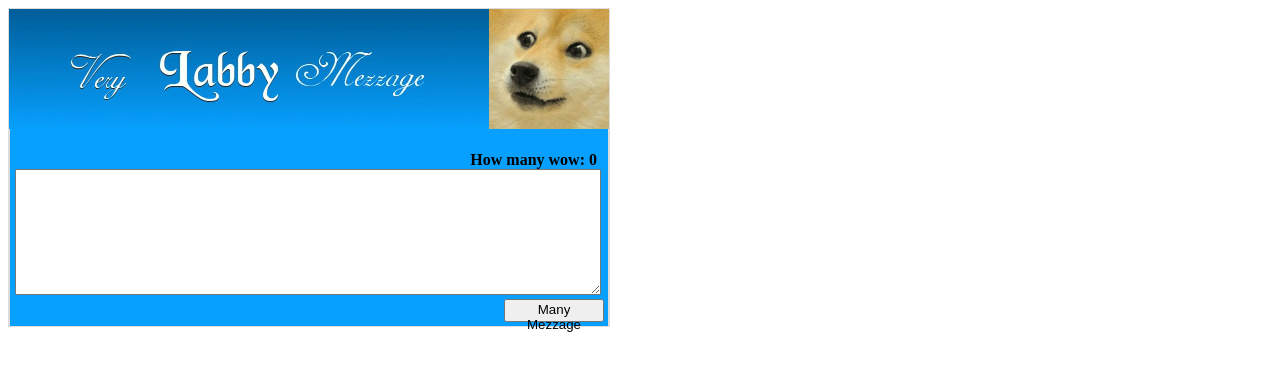
Repository: cg222im/1dv403-laborationer
Page: 2-labbymezzage/index.html
The author's editor kept a record of every edit. The page is drawn from the files as they stood at one moment, then again after the next edit.
The browser window is 1280 px wide. The pictures show the whole page.

Above is the page before.

### 2-labbymezzage/index.html
<!DOCTYPE html>
<html lang="sv">
<head>
	<meta charset="UTF-8" />
 	<title>1DV403 l02 - Labby Mezzage</title>
 	<link rel = "stylesheet" type = "text/css" href = "style.css" />
</head>

<body>
    <div id="main">
        <div id="logo">

        </div>
    </div>

    <script type="text/javascript" src="message.js"></script>
	<script type="text/javascript" src="messageboard.js"></script>

</body>
</html>

### 2-labbymezzage/style.css
#main
{
    width: 600px;
    padding: 1px;
    height: auto;
    background-color: #DCDCDC;
}

#logo
{
    display: block;
    width: 600px;
    height: 120px;
    background-image: url("img/logo.jpg");
    background-repeat: no-repeat;
    margin-left: auto;
    margin-right: auto;
}

.messageBoard
{
    margin-left: auto;
    margin-right: auto;
    padding-left: 5px;
    padding-right: 11px;
    padding-bottom: 27px;
    width: 582px;
    height: auto;
    background-color: #08a0ff;
}

.messageContainer
{
    padding-top: 2px;
    padding-left: 5px;
}

.numberOfMessages
{
    float: right;
    padding-top: 20px;
    font-weight:bold;
}

.textAreaInput
{
    width: 580px;
    height: 120px;
    overflow: auto;
}

.messageButton
{
    float: right;
    margin-right: -7px;
    width: 100px;
    height: 23px;
}

.dateText
{
    font-size: 10px;
    font-weight: bold;
    font-style: italic;
}

.message
{
    background-color: white;
    border-style: double;
    border-width: 2px;
    border-color: blue;
    margin-top: 5px;
}

.close
{
    width: 16px;
    height: 16px;
    float: right;
    position: relative;
    top: -17px;
    right: 1px;
    background-image: url(img/remove.png);
    background-repeat: no-repeat;
}

.dateAlert
{
    width: 16px;
    height: 16px;
    float: right;
    position: relative;
    top: -17px;
    right: 4px;
    background-image: url(img/hourglass.png);
    background-repeat: no-repeat;
}

### 2-labbymezzage/message.js

var Message = function() {};
window.Message = function(message, date)
{
    this.getText = function(){
        return message;
    };

    this.setText = function(_text){
        message = _text;
    };

    this.getDate = function(){
        return date;
    };

    this.setDate = function(_date){
        date = _date;
    };
};

// Lägga till formatering för datum!
Message.prototype.toString = function(){
    return this.getText() +" ("+this.getDate()+")";
};

Message.prototype.getHTMLText = function(){
    return this.getText().replace(/[\n\r]/g, "<br />");
};

Message.prototype.getDateText = function(){
    return this.getDate().toLocaleTimeString();
};

Message.prototype.getFormatedDateText = function(){
    var date = this.getDate();

    var formatedDate = date.getDate() + " " + date.getMonth() + " " + date.getFullYear() + " " + date.toLocaleTimeString();

    return formatedDate;
};

### 2-labbymezzage/messageboard.js
function MessageBoard(boardId)
{
    // Skapar array för meddelanden
    var messages = [];

    this.getMessages = function()
    {
        return messages;
    };

    this.addMessage = function(message)
    {
        messages.push(message);
    };

    // Tar bort meddelande från messages[]
    this.removeMessage = function(messageId)
    {
        messages.splice(messageId, 1);
        this.updateNumberOfMessages();
        this.renderMessages();
    };

    var main = document.getElementById("main");

    // Laddar MessageBoard
    this.renderMessageBoard(main, boardId);

    // Laddar antal meddelanden
    this.updateNumberOfMessages();

    // Laddar meddelanden
    this.renderMessages();
}

MessageBoard.prototype.renderMessageBoard = function(main, _boardId)
{
    var that = this;

    // Skapar meddelandetavla
    var boardNode = document.createElement("div");
    boardNode.id = _boardId;
    boardNode.className = "messageBoard";

    // Skapar behållare för meddelanden
    var messageContainerNode = document.createElement("div");
    messageContainerNode.className="messageContainer";
    messageContainerNode.setAttribute("id", "messageContainer");

    // Skapar element som räknar antal meddelanden
    var numberOfMessages = document.createElement("div");
    numberOfMessages.className = "numberOfMessages";

    // Skapar plats för input
    var textArea = document.createElement("textArea");
    textArea.className = "textAreaInput";
    textArea.keypress = function(e)
    {
        that.textAreaEventHandler();
        return false;
    };

    // Skapar knapp för att sända meddelande
    var submitButton = document.createElement("button");
    submitButton.setAttribute("type", "submit");
    submitButton.className = "messageButton";
    submitButton.innerHTML = "Many Mezzage";
    submitButton.onclick = function(e)
    {
        that.submitButtonOnClick(textArea);
        return false;
    };

    // Lägger till noder till DOMen
    main.appendChild(boardNode);
    boardNode.appendChild(messageContainerNode);
    boardNode.appendChild(numberOfMessages);
    boardNode.appendChild(textArea);
    boardNode.appendChild(submitButton);
};

// Funktionalitet för knappen
MessageBoard.prototype.submitButtonOnClick = function(textArea)
{
    // Hämtar texten för meddelandet
    var text = textArea.value;

    // Om något är skrivet, så ...
    if (text.length > 0)
    {
        // Skapar ett nytt meddelande
        var newMessage = new window.Message(text, new Date());

        // Lägger till meddelande till array
        this.addMessage(newMessage);

        // Laddar det nya meddelandet
        this.renderMessage(this.getMessages().length-1);

        // Uppdaterar antal meddelanden
        this.updateNumberOfMessages();
    }
    else
    {
        alert("Please to not enter empty wow!");
    }
    textArea.value = "";
};

MessageBoard.prototype.keyPress = function(e)
{
    if (typeof e == 'undefined' && window.event)
    {
        e = window.event;
    }
    if (e.keyCode == 13)
    {
        alert("test")
        MessageBoard.submitButtonOnClick();
    }
}
function searchKeyPress(e)
    {
        // look for window.event in case event isn't passed in
        if (typeof e == 'undefined' && window.event) { e = window.event; }
        if (e.keyCode == 13)
        {
            document.getElementById('btnSearch').click();
        }
    }


// Funktionalitet för knappen - Enter key
MessageBoard.prototype.textAreaEventHandler = function(e)
{

   if (!e) e = window.event;

    if (e.keyCode === 13 && !e.shiftKey)
    {
        alert("test")
        MessageBoard.submitButtonOnClick();
    }
};

// Funktionalitet för att skriva ut meddelande
MessageBoard.prototype.renderMessage = function(messageId)
{
    var that = this;

    // Skapar nod för meddelande
    var newMessageNode = document.createElement("div");
    newMessageNode.className = "message";

    // Skapar sträng för innehåll och lägger till innehåll till sidan
    var htmlString = "<div>" + this.getMessages()[messageId].getHTMLText() + "</div>" + "<div class =\"dateText\">" + this.getMessages()[messageId].getDateText() + "</div>";
    newMessageNode.innerHTML = htmlString;

    // Skapar element för stängning av meddelande
    var closeNode = document.createElement("div");
    closeNode.className = "close";

    // Skapar element för att visa datum och tid
    var dateAlertNode = document.createElement("div");
    dateAlertNode.className = "dateAlert";

    // Lägger till elementen till meddelandet
    newMessageNode.appendChild(closeNode);
    newMessageNode.appendChild(dateAlertNode);

    // Skapar onclick event för "remove"-knappen
    closeNode.onclick = function()
    {
        if (confirm("Remove Wow?"))
        {
            // Tar bort meddelandet från DOMen
            //messageElements[messageId].removeChild(newMessageNode);
            that.removeMessage(messageId);
                    }
    };

    // Skapar onclick event för "tids"-knappen
    dateAlertNode.onclick = function()
    {
        that.showDateTimeAlert(messageId);
    };

    // Lägger till det nya meddelandet till en behållare
    var messageElements = document.getElementsByClassName("messageContainer");
    for (var elementId = 0; elementId < messageElements.length; elementId++)
    {
        messageElements[elementId].appendChild(newMessageNode);
    }
};

// Funktionalitet för att rensa och skriva ut meddelanden
MessageBoard.prototype.renderMessages = function()
{
    document.getElementById("messageContainer").innerHTML = "";
    //document.getElementsByClassName("messageContainer")[0].innerHTML = ""; // [0] <-- !
    for (var i = 0; i < this.getMessages().length; i++)
    {
        this.renderMessage(i);
    }
};

// Funktionalitet för att uppdatera antal meddelanden
MessageBoard.prototype.updateNumberOfMessages = function()
{
    var elements = document.getElementsByClassName("numberOfMessages");
    var numberString = "How many wow: " + this.getMessages().length;
    for (var i = 0; i < elements.length; i++)
    {
        elements[i].innerHTML = numberString;
    }
};

// Funktionalitet för att skrika ut när ett meddelande skrivits
MessageBoard.prototype.showDateTimeAlert = function(messageId)
{
    var alertMessage = "When Wow: " + this.getMessages()[messageId].getFormatedDateText();
    alert(alertMessage);
};

window.onload = function()
{
    new MessageBoard("board1");
    //new MessageBoard("board2");
};

After the next edit:
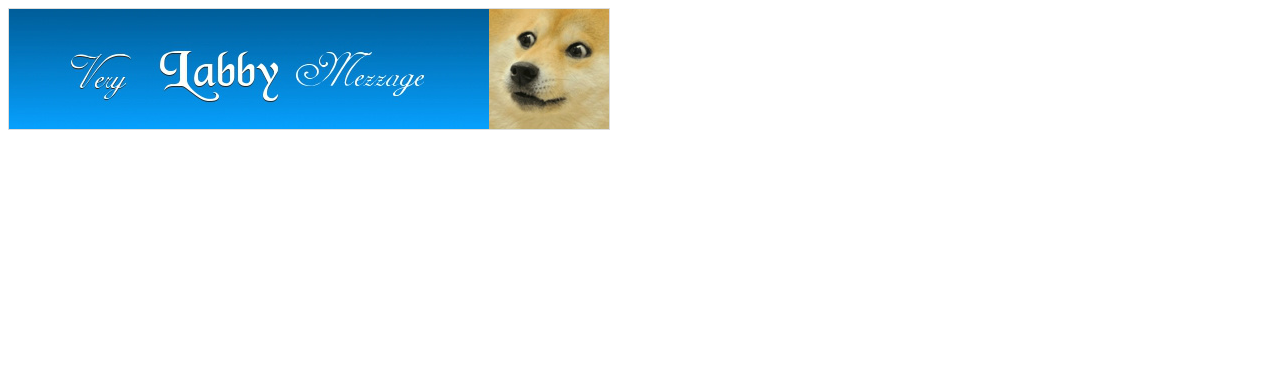
Console error: SyntaxError: Unexpected token '*'
The edit:
--- a/2-labbymezzage/messageboard.js
+++ b/2-labbymezzage/messageboard.js
@@ -141,7 +141,7 @@
         alert("test")
         MessageBoard.submitButtonOnClick();
     }
-};
+};  */
 
 // Funktionalitet för att skriva ut meddelande
 MessageBoard.prototype.renderMessage = function(messageId)

After the 4 edits that followed:
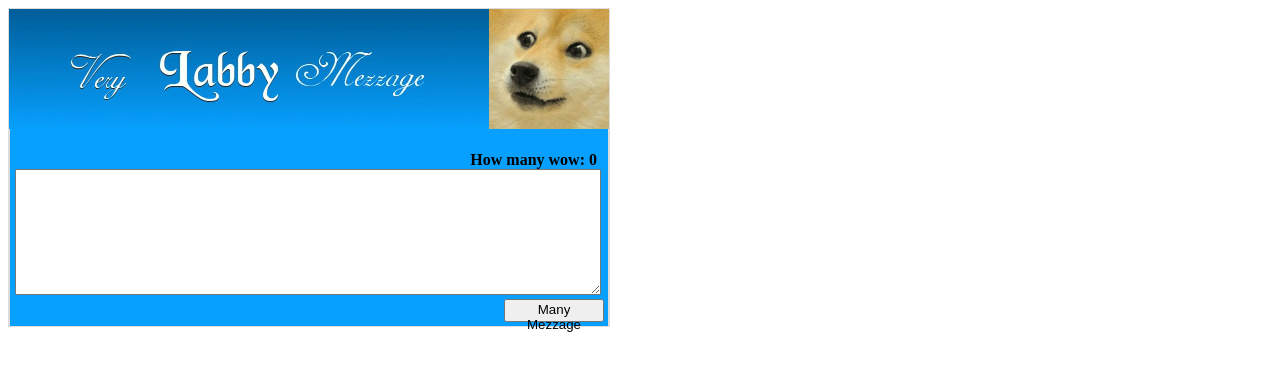
The error is gone.
The 4 edits are shown as one change because 3 left the picture as it was.
The edit:
--- a/2-labbymezzage/messageboard.js
+++ b/2-labbymezzage/messageboard.js
@@ -107,41 +107,19 @@
     textArea.value = "";
 };
 
-MessageBoard.prototype.keyPress = function(e)
-{
-    if (typeof e == 'undefined' && window.event)
-    {
-        e = window.event;
-    }
-    if (e.keyCode == 13)
+
+// Funktionalitet för knappen - Enter key
+MessageBoard.prototype.textAreaEventHandler = function(e)
+{
+
+    if (!e) e = window.event;
+
+    if (e.keyCode === 13 && !e.shiftKey)
     {
         alert("test")
         MessageBoard.submitButtonOnClick();
     }
-}
-function searchKeyPress(e)
-    {
-        // look for window.event in case event isn't passed in
-        if (typeof e == 'undefined' && window.event) { e = window.event; }
-        if (e.keyCode == 13)
-        {
-            document.getElementById('btnSearch').click();
-        }
-    }
-
-
-// Funktionalitet för knappen - Enter key
-MessageBoard.prototype.textAreaEventHandler = function(e)
-{
-
-   if (!e) e = window.event;
-
-    if (e.keyCode === 13 && !e.shiftKey)
-    {
-        alert("test")
-        MessageBoard.submitButtonOnClick();
-    }
-};  */
+};
 
 // Funktionalitet för att skriva ut meddelande
 MessageBoard.prototype.renderMessage = function(messageId)
